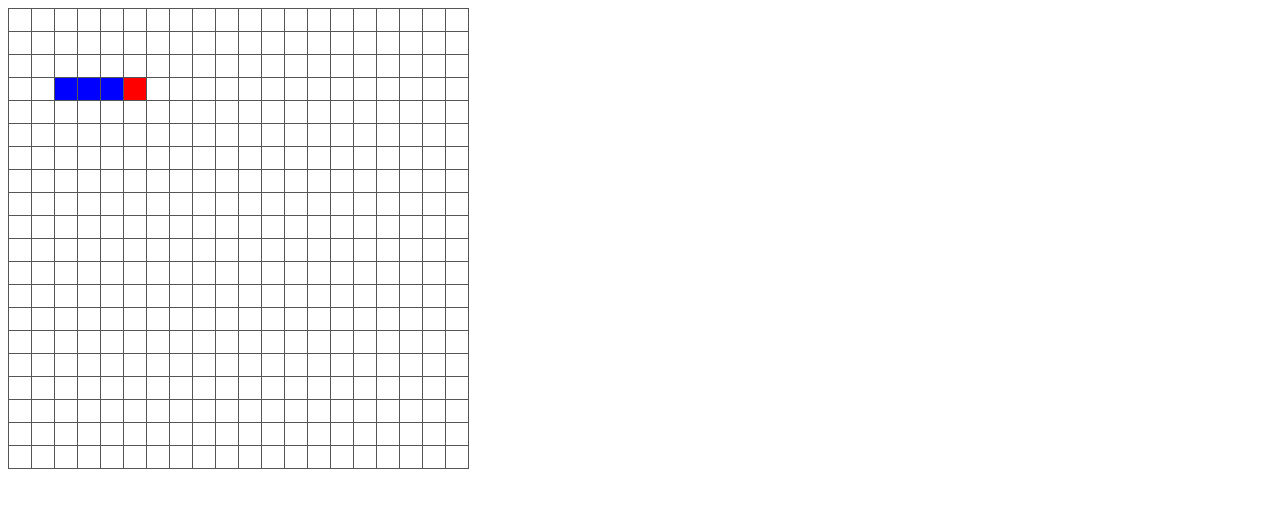
Repository: ycsheng/Games
Page: 01_snake/index.html
An editor plug-in stored every save of this project. The page is shown before and after the next save, followed by the edit.
The browser window is 1280 px wide. The pictures show the whole page.

Above is the page before, as saved 2021-09-18 11:00:04.

After the next save:
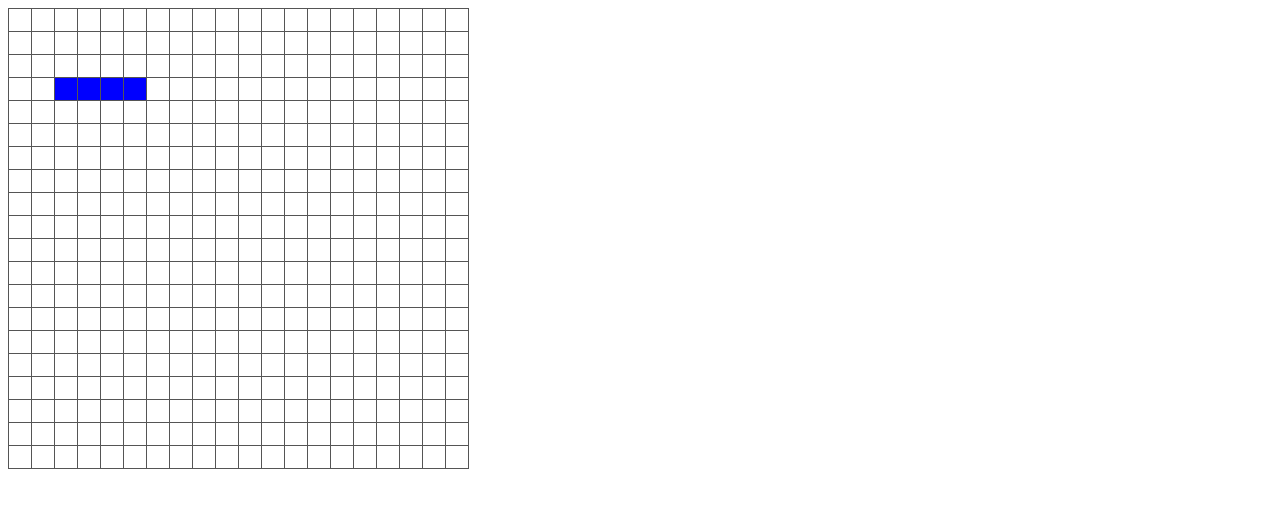
Saved 2 min 10 s later.
--- a/01_snake/js/Snake.js
+++ b/01_snake/js/Snake.js
@@ -10,8 +10,10 @@ function Snake() {
 
 // 蛇的运动
 Snake.prototype.update = function() {
-  //
-  this.body.unshift()
+  // 尾部减一
+  this.body.pop();
+  // 头部
+  this.body.unshift({"row": 3, "col": 5})
 }
 
 Snake.prototype.render = function() {
